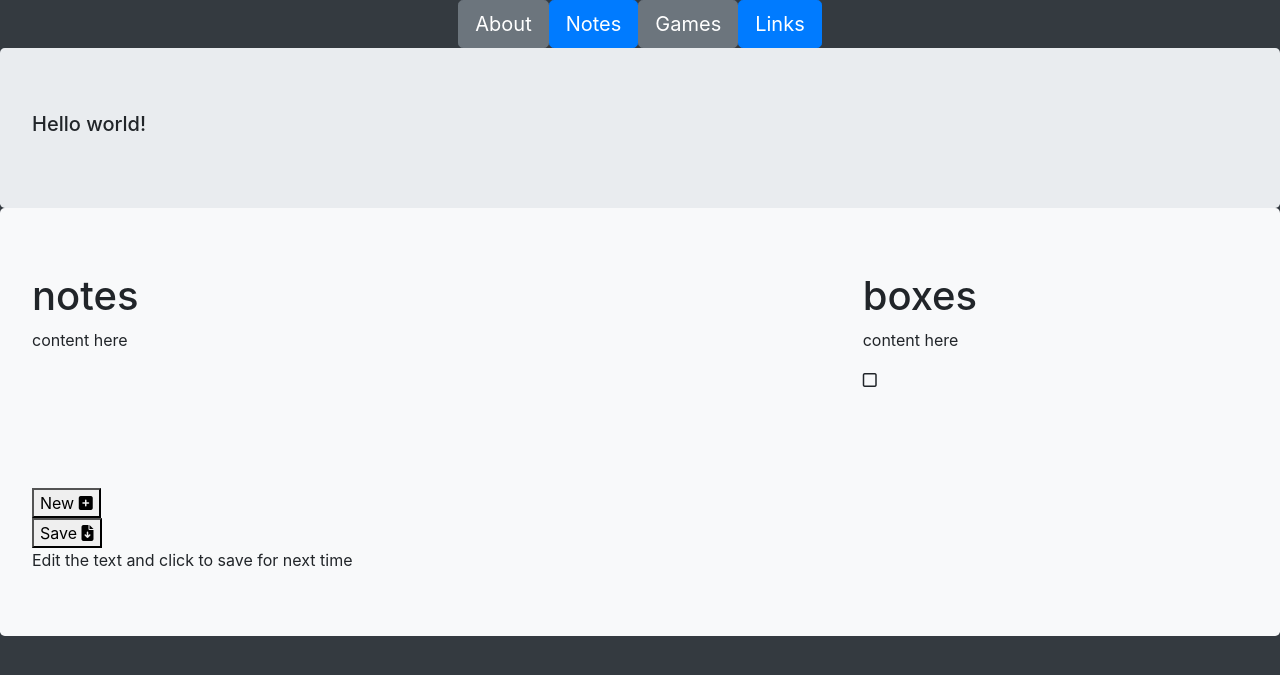
Repository: Kamicoda/Noteblock
Page: index.html
The author's editor kept a record of every edit. The page is drawn from the files as they stood at one moment, then again after the next edit.
The browser window is 1280 px wide. The pictures show the whole page.
Some web libraries are served in a nearby version.

Above is the page before.
Console error: ReferenceError: checkEdits is not defined

After the next edit:
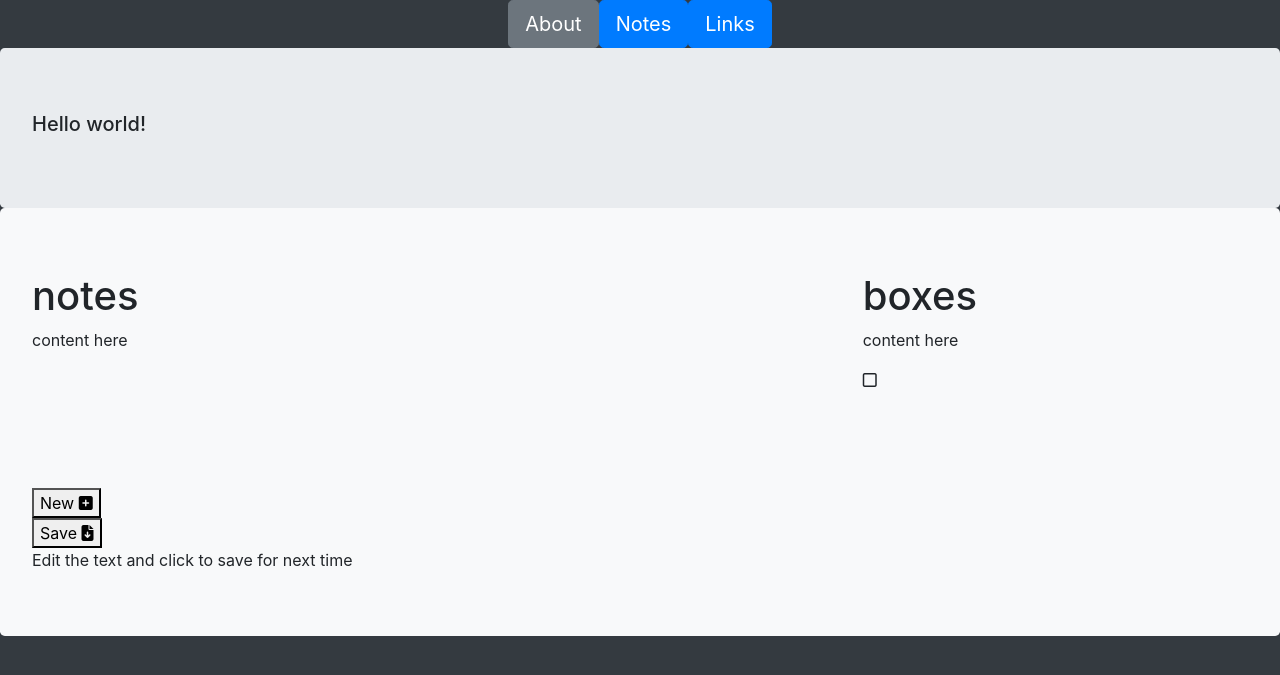
The edit:
--- a/index.html
+++ b/index.html
@@ -37,9 +37,6 @@
             </li>
             <li class="nav-item">
                 <button id="notesNav" type="button" class="btn btn-primary btn-lg">Notes</button>
-            </li>
-            <li class="nav-item">
-                <button id="gamesNav" type="button" class="btn btn-secondary btn-lg">Games</button>
             </li>
             <li class="nav-item">
                 <button id="linksNav" type="button" class="btn btn-primary btn-lg">Links</button>
